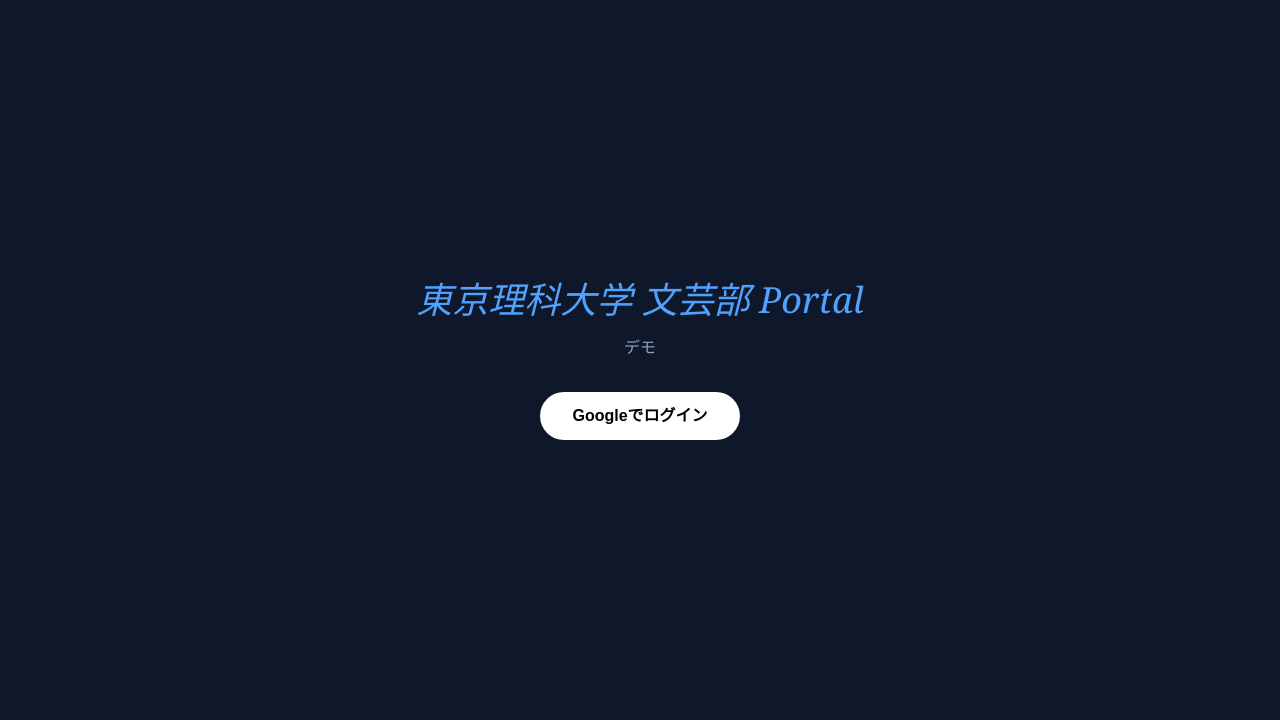
Repository: P-man2976/Literary-club-app
Page: /
The author's editor kept a copy of each file at every save. The page is drawn from the files as they stood at one save, then again after the next save.
The browser window is 1280 px wide. The pictures show the whole page.
The page's requests for data from a server got no answer. The project was rebuilt for these pictures with package versions that can differ from the ones it lists, and the page was loaded fresh each time. The framework's server and built-in components were replaced by stand-ins that run in the browser. No one was signed in, and anything a server would have sent is missing. Also part of the build but not shown: next.config.ts.

Above is the page before, as saved 2026-01-31 12:23:50.

After the next save:
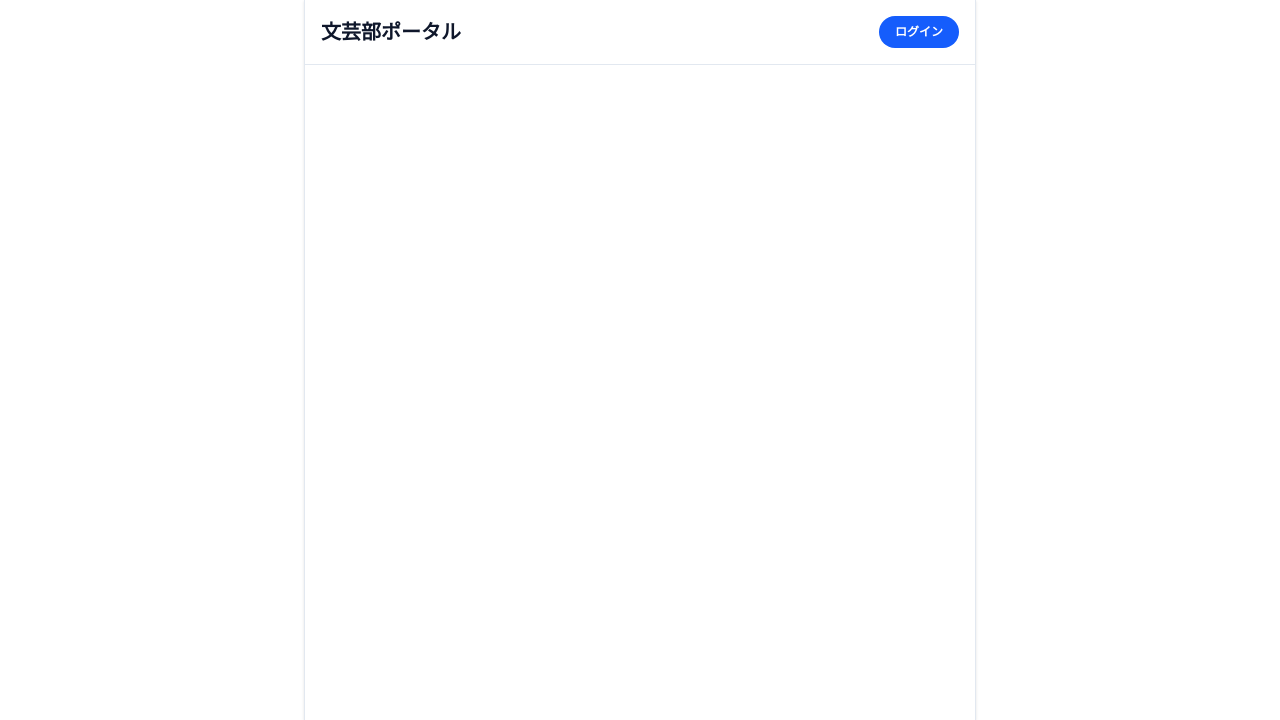
Saved 69 s later.
--- a/app/page.tsx
+++ b/app/page.tsx
@@ -95,18 +95,63 @@
   // 2. 未ログイン（紹介画面）
   if (!session) {
     return (
-      <main className="min-h-screen bg-slate-900 text-white flex flex-col items-center justify-center p-6">
-        <h1 className="text-4xl font-serif mb-4 italic text-blue-400">東京理科大学 文芸部 Portal</h1>
-        <p className="text-slate-400 mb-8 text-center max-w-sm">
-          デモ
-        </p>
-        <button
-          onClick={() => signIn("google")}
-          className="bg-white text-black px-8 py-3 rounded-full font-bold hover:bg-slate-200 transition"
-        >
-          Googleでログイン
-        </button>
-      </main>
+      <main className="min-h-screen bg-white text-slate-900 max-w-2xl mx-auto border-x border-slate-200 shadow-sm pb-40">
+      {/* ヘッダー */}
+      <header className="sticky top-0 bg-white/90 backdrop-blur-md border-b border-slate-200 p-4 z-30">
+        <div className="flex justify-between items-center">
+          <h1 className="text-xl font-black text-slate-900">文芸部ポータル</h1>
+
+          {session ? (
+            /* ログイン済み：設定へのリンク */
+            <Link href="/settings" className="relative h-9 w-9 rounded-full overflow-hidden border-2 border-slate-100">
+              <img src={session.user?.image || ""} alt="" className="object-cover" />
+            </Link>
+          ) : (
+            /* 未ログイン：ログインボタンを表示 */
+            <button
+              onClick={() => signIn("google")}
+              className="text-xs bg-blue-600 text-white px-4 py-2 rounded-full font-bold hover:bg-blue-700 transition"
+            >
+              ログイン
+            </button>
+          )}
+        </div>
+        {/* ...タブメニューなどはそのまま */}
+      </header>
+
+      {/* 投稿一覧（全員閲覧可能） */}
+      <div className="divide-y divide-slate-200">
+        {posts.map((post) => (
+          <article key={post.id} className="p-4 hover:bg-slate-50 cursor-pointer" onClick={() => togglePost(post.id)}>
+             {/* 投稿内容の表示ロジック */}
+             {/* ... */}
+
+             {/* コメント欄（閲覧は全員、投稿はログイン必須） */}
+             {openPostId === post.id && (
+               <div className="mt-4 pt-4 border-t border-slate-200">
+                 <p className="text-xs font-bold text-slate-400 mb-2">コメント</p>
+                 {/* ログイン時のみコメント入力欄を表示 */}
+                 {session ? (
+                   <div className="flex gap-2">
+                     <input type="text" placeholder="感想を書く..." className="flex-1 text-sm border rounded-full px-4 py-1" />
+                     <button className="text-blue-600 font-bold text-sm">送信</button>
+                   </div>
+                 ) : (
+                   <p className="text-xs text-slate-500 italic">コメントするにはログインが必要です</p>
+                 )}
+               </div>
+             )}
+          </article>
+        ))}
+      </div>
+
+      {/* 投稿エリア（ログイン済みユーザーのみ表示） */}
+      {session && (
+        <div className="fixed bottom-0 left-0 right-0 bg-white border-t border-slate-200 p-6 shadow-2xl max-w-2xl mx-auto z-20">
+          {/* ...ファイルアップロードのロジック */}
+        </div>
+      )}
+    </main>
     );
   }
 
